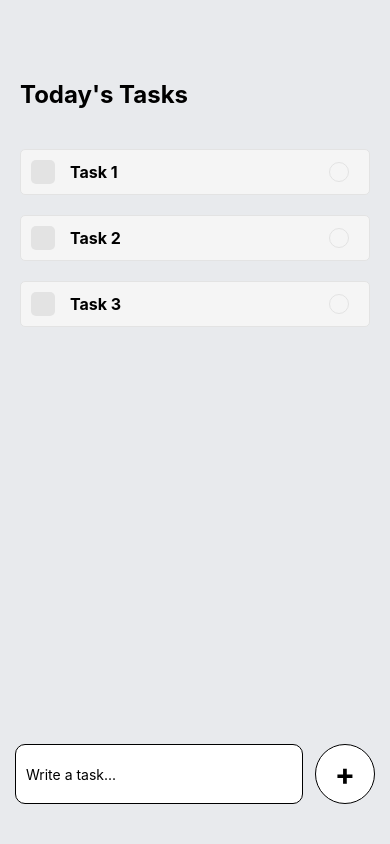
Repository: lomelo-x/ToDo-App
Screen: /
The author's editor kept a copy of each file at every save. The screen is drawn from the files as they stood at one save, then again after a run of saves.
The app was drawn by React Native's web renderer in a window 390 px wide. The project was rebuilt for these pictures with package versions that can differ from the ones it lists, and the page was loaded fresh each time.

Above is the screen before, as saved 2022-06-17 21:36:06.

### App.js
import { StatusBar } from 'expo-status-bar';
import { StyleSheet, Text, View, KeyboardAvoidingView, Platform, TextInput, TouchableOpacity } from 'react-native';
import Task from './components/Task';

export default function App() {
	return (
		<View style={styles.container}>
			<View style={styles.todoContainer}>
				<Text style={styles.sectionTitle}>Today's Tasks</Text>
				<View style={styles.itemsContainer}>
					<Task text={'Task 1'} />
					<Task text={'Task 2'}/>
					<Task text={'Task 3'}/>
				</View>
			</View>
			<KeyboardAvoidingView
			behavior={Platform.OS === 'ios' ? 'padding' : "height" }
			style={styles.writeTaskContainer}>
				<TextInput style={styles.writeTaskInput} placeholder="Write a task..." />
				<TouchableOpacity>
					<View style={styles.addTaskButton}>
						<Text style={styles.addTaskButtonText}>+</Text>
					</View>
				</TouchableOpacity>
			</KeyboardAvoidingView>
		</View>
	);
}

const styles = StyleSheet.create({
	container: {
		flex: 1,
		backgroundColor: '#E8EAED',
	},
	todoContainer: {
		paddingTop: 80,
		paddingHorizontal: 20,
	},
	sectionTitle: {
		fontSize: 24,
		fontWeight: 'bold',
		marginBottom: 20,
	},
	itemsContainer: {
		marginTop: 20,
	},
	writeTaskContainer: {
		position: 'absolute',
		bottom: 5,
		width: '100%',
		flexDirection: 'row',
		alignItems: 'center',
		justifyContent: 'space-between',
		paddingHorizontal: 15,
		paddingVertical: 15,
		borderRadius: 10,
		marginTop: 20,
	},
writeTaskInput: {
		borderWidth: 1,
		backgroundColor: '#fff',
		borderRadius: 10,
		padding: 10,
		marginBottom: 20,
		width: '80%',
		height: 60,
	},
addTaskButton: {
		backgroundColor: '#fff',
		borderRadius: 50,
		borderWidth: 1,
		marginBottom: 20,
		width: 60,
		height: 60,
		alignItems: 'center',
		justifyContent: 'center',
	},
addTaskButtonText: {
		fontSize: 30,
		textAlign: 'center',
		fontWeight: 'bold',
	},
});

### components/Task.js
import React from 'react';
import { View, Text, StyleSheet, TouchableOpacity } from 'react-native';

const Task = ({ text }) => {
	return (
		<View style={styles.taskContainer}>
			<View style={styles.taskLeft}>
				<TouchableOpacity style={styles.square}></TouchableOpacity>
				<Text style={styles.taskText}>{text}</Text>
			</View>
			<View style={styles.taskRight}></View>
		</View>
	);
};

const styles = StyleSheet.create({
	taskContainer: {
		backgroundColor: '#f5f5f5',
		padding: 10,
		marginBottom: 10,
		borderRadius: 5,
		borderWidth: 1,
		borderColor: '#e3e3e3',
		flexDirection: 'row',
		alignItems: 'center',
		justifyContent: 'space-between',
		marginBottom: 20,
	},
	taskText: {
		fontSize: 16,
		fontWeight: 'bold',
	},
	taskLeft: {
		flexDirection: 'row',
		alignItems: 'center',
		flexWrap: 'wrap',
		maxWidth: '80%',
	},
	taskRight: {
		width: 20,
		height: 20,
		borderRadius: 50,
		borderColor: '#e3e3e3',
		borderWidth: 1,
		marginRight: 10,
	},
	square: {
		width: 24,
		height: 24,
		backgroundColor: '#e3e3e3',
		borderRadius: 5,
		marginRight: 15,
	},
});

export default Task;

After the next 5 saves:
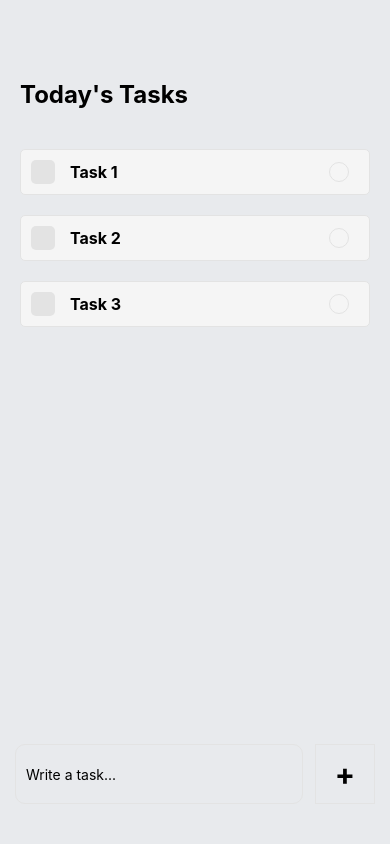
The 5 saves are shown as one change because they came seconds apart.
The last was saved 33 s later.
--- a/App.js
+++ b/App.js
@@ -58,7 +58,7 @@ const styles = StyleSheet.create({
 	},
 writeTaskInput: {
 		borderWidth: 1,
-		backgroundColor: '#fff',
+		borderColor: '#e3e3e3',
 		borderRadius: 10,
 		padding: 10,
 		marginBottom: 20,
@@ -66,9 +66,10 @@ writeTaskInput: {
 		height: 60,
 	},
 addTaskButton: {
-		backgroundColor: '#fff',
-		borderRadius: 50,
+		backgroundColor: '#E8EAED',
+		borderRadius: 0,
 		borderWidth: 1,
+		borderColor: '#e3e3e3',
 		marginBottom: 20,
 		width: 60,
 		height: 60,
